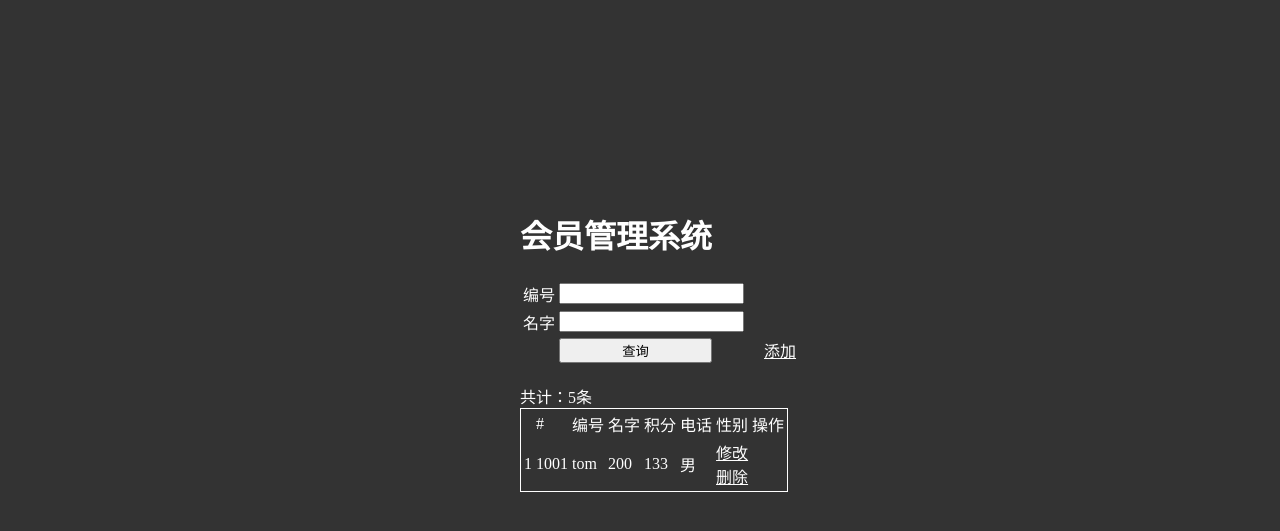
Repository: JasonYan2015/FE-learning-examples
Page: http://localhost/test20160727/home.jsp
The author's editor kept a copy of each file at every save. The page is drawn from the files as they stood at one save, then again after the next save.
The browser window is 1280 px wide. The pictures show the whole page.
The page is served by Tomcat 9. Other server files are loaded and not shown.

Above is the page before, as saved 2016-07-28 01:15:57.

### eclipse/test20160727/WebContent/home.jsp
<%@ page language="java" contentType="text/html; charset=UTF-8"
    pageEncoding="UTF-8"%>
<!DOCTYPE html PUBLIC "-//W3C//DTD HTML 4.01 Transitional//EN" "http://www.w3.org/TR/html4/loose.dtd">
<html>
<head>
<meta http-equiv="Content-Type" content="text/html; charset=UTF-8">
<title>Insert title here</title>
	<style>
		body
		{
			position: absolute;
			left: 50%;
			top: 50%;
			margin-left: -120px;
			margin-top: -170px;
 			background-color:#333;
 			font-family: "微软雅黑";
 			color: white;
		}

	</style>
</head>
<body>
	<h1>会员管理系统</h1>
	<form action="select" method="post">
		<table>
			<tr>
				<td>编号</td>
				<td><input type="text" name="id"></td>
				<td></td>
			</tr>
			<tr>
				<td>名字</td>
				<td><input type="text" name="name"></td>
				<td></td>
			</tr>
			<tr>
				<td></td>
				<td><input type="submit" value="查询" style="width: 153px;"></td>
				<td>&nbsp;&nbsp;&nbsp;&nbsp;<a href="add.jsp" style="color: white;">添加</a></td>
			</tr>
		</table>
	</form>

	<br>
	共计：5条
		<table style="border: 1px solid white;">
			<th>
				<td>#</td>
				<td>编号</td>
				<td>名字</td>
				<td>积分</td>
				<td>电话</td>
				<td>性别</td>
				<td>操作</td>
			</th>
			<tr>
				<td>1</td>
				<td>1001</td>
				<td>tom</td>
				<td>200</td>
				<td>133</td>
				<td>男</td>
				<td>
					<div id="updateAdr"><a href="update.jsp" style="color: white;">修改</a></div>
					<div id="deleteAdr"><a href="delete.jsp" style="color: white;">删除</a></div>
				</td>
			</tr>
		</table>



</body>
</html>

After the next save:
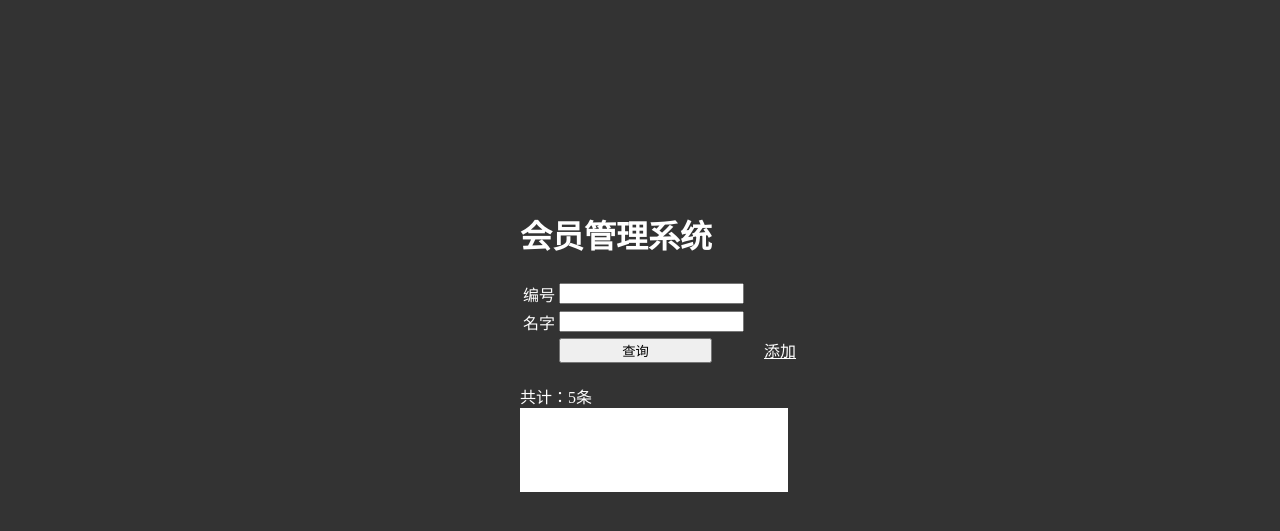
Saved 48 s later.
--- a/eclipse/test20160727/WebContent/home.jsp
+++ b/eclipse/test20160727/WebContent/home.jsp
@@ -44,7 +44,7 @@
 
 	<br>
 	共计：5条
-		<table style="border: 1px solid white;">
+		<table style="border: 1px solid white;background-color: white;">
 			<th>
 				<td>#</td>
 				<td>编号</td>

After the save that followed:
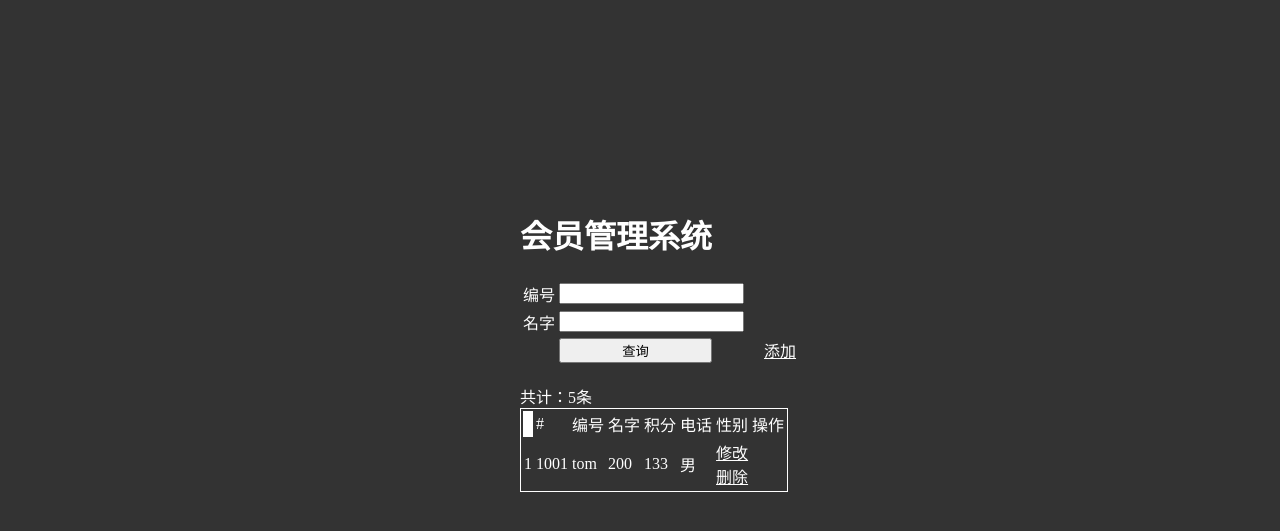
Saved 20 s later.
--- a/eclipse/test20160727/WebContent/home.jsp
+++ b/eclipse/test20160727/WebContent/home.jsp
@@ -44,8 +44,8 @@
 
 	<br>
 	共计：5条
-		<table style="border: 1px solid white;background-color: white;">
-			<th>
+		<table style="border: 1px solid white;">
+			<th style="background-color: white;">
 				<td>#</td>
 				<td>编号</td>
 				<td>名字</td>
